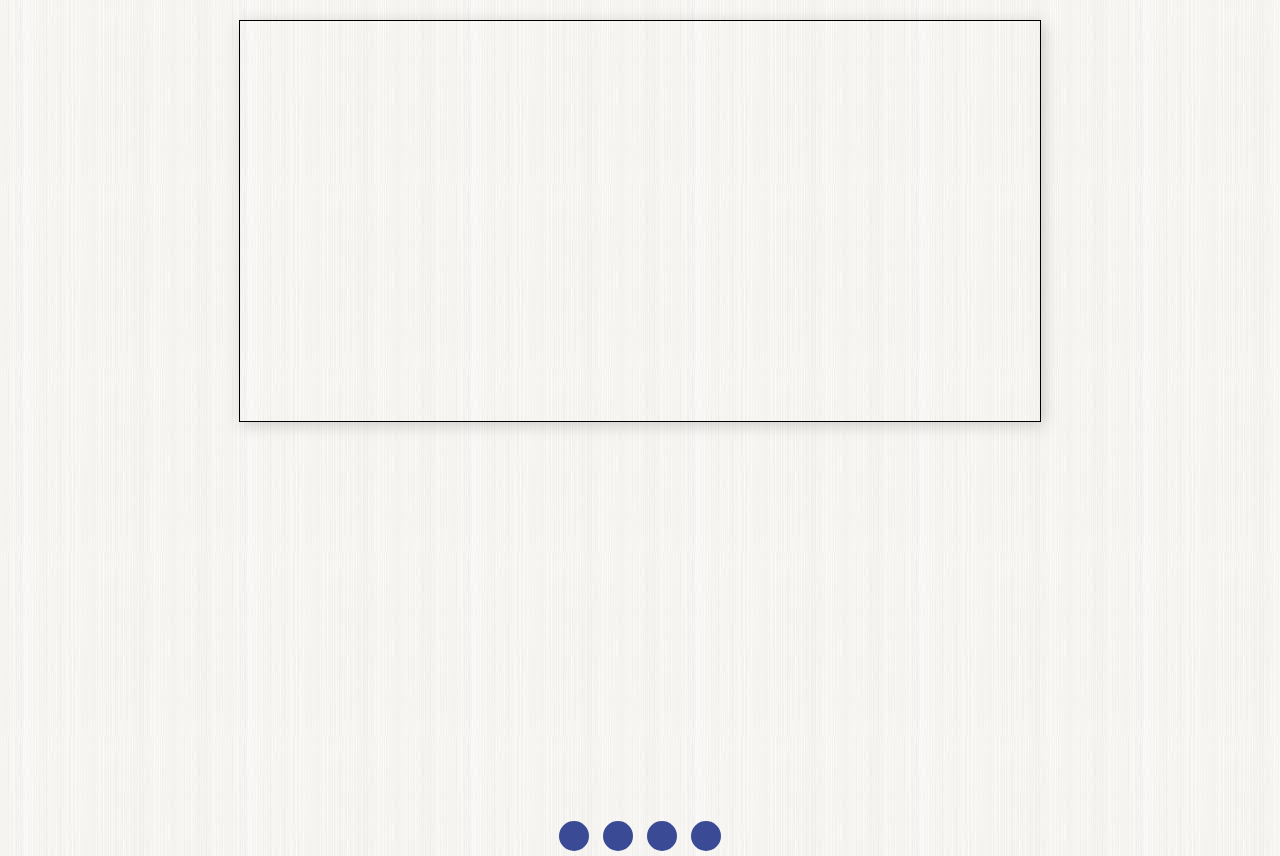
Repository: lauroPereira/study
Page: http://localhost/modules/home/home.php
These files come from the project's save history. The page is drawn as it stood at one moment and after the next save; the edit follows.
The browser window is 1280 px wide. The pictures show the whole page.
The page is run by PHP 8.4 with error messages shown; the project is at /var/www/html/.

Above is the page before, as saved 2016-06-14 04:31:28.

After the next save:
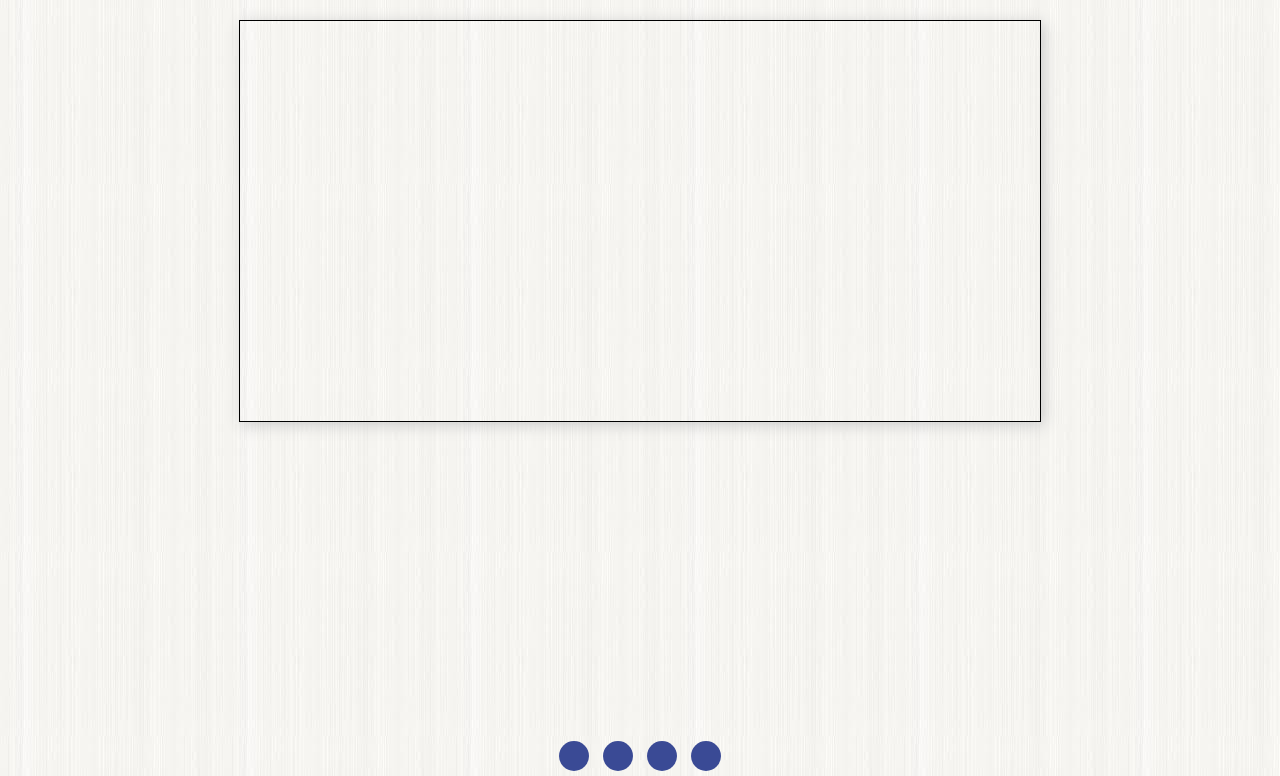
Saved 4 s later.
--- a/TrabalhoFinalWeb/css/home.css
+++ b/TrabalhoFinalWeb/css/home.css
@@ -16,7 +16,7 @@
 	background-color: #3A4A95;
 	display: inline-block;
 	margin: 0 auto;
-	margin-top: 100%;
+	margin-top: 90%;
 }
 
 #carousel > div ~ div{
